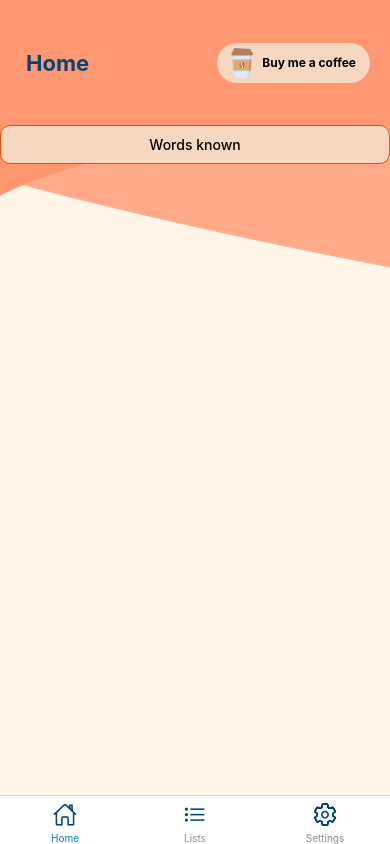
Repository: David-Waite/SpellingApp
Screen: /
The author's editor kept a copy of each file at every save. The screen is drawn from the files as they stood at one save, then again after a run of saves.
The app was drawn by React Native's web renderer in a window 390 px wide. The project was rebuilt for these pictures with package versions that can differ from the ones it lists, and the page was loaded fresh each time. Also part of the build but not shown: screens/Settings.js, screens/SpellWord.js, screens/WordsLearnt.js, screens/WordListOverview.js, screens/WordLists.js, screens/Donate.js.

Above is the screen before, as saved 2023-06-22 22:09:16.

### App.js
import { NavigationContainer } from "@react-navigation/native";
import { StatusBar } from "expo-status-bar";
import { StyleSheet } from "react-native";
import { Ionicons } from "@expo/vector-icons";

import Home from "./screens/Home";
import Settings from "./screens/Settings";
import SpellWord from "./screens/SpellWord";
import WordsLearnt from "./screens/WordsLearnt";
import WordListOverview from "./screens/WordListOverview";
import WordLists from "./screens/WordLists";
import Donate from "./screens/Donate";

import { createStackNavigator } from "@react-navigation/stack";
import { createBottomTabNavigator } from "@react-navigation/bottom-tabs";
import { GlobalStyles } from "./constants/styles";

import CoffeeBtn from "./components/ui/CoffeeBtn";

const BottomTabs = createBottomTabNavigator();
const Stack = createStackNavigator();

function BottomTabsScreens() {
  return (
    <BottomTabs.Navigator>
      <BottomTabs.Screen
        name="Home"
        component={Home}
        headerShadowVisible={false}
        options={({ navigation }) => ({
          headerRight: () => (
            <CoffeeBtn
              onPress={() => {
                navigation.navigate("Donate");
              }}
            />
          ),
          title: "Home",
          tabBarLabel: "Home",
          headerTitleAlign: "left",
          headerShadowVisible: false,
          headerTitleStyle: {
            color: GlobalStyles.colors.accent500,
            fontSize: 22,
            marginLeft: 10,
            fontWeight: 700,
          },
          headerStyle: {
            backgroundColor: GlobalStyles.colors.primary400,
            height: 125,
          },

          tabBarIcon: ({ color, size }) => (
            <Ionicons
              name="home-outline"
              size={size}
              color={GlobalStyles.colors.accent500}
            />
          ),
        })}
      />
      <BottomTabs.Screen
        name="WordLists"
        component={WordLists}
        options={{
          title: "Word Lists",
          tabBarLabel: "Lists",
          tabBarIcon: ({ color, size }) => (
            <Ionicons
              name="list-outline"
              size={size}
              color={GlobalStyles.colors.accent500}
            />
          ),
        }}
      />
      <BottomTabs.Screen
        name="Settings"
        component={Settings}
        options={{
          title: "Settings",
          tabBarLabel: "Settings",
          tabBarIcon: ({ color, size }) => (
            <Ionicons
              name="settings-outline"
              size={size}
              color={GlobalStyles.colors.accent500}
            />
          ),
        }}
      />
    </BottomTabs.Navigator>
  );
}
export default function App() {
  return (
    <>
      <StatusBar style="light" />
      <NavigationContainer>
        <Stack.Navigator>
          <Stack.Screen
            name="BottomTabsScreen"
            component={BottomTabsScreens}
            options={{ headerShown: false }}
          />
          <Stack.Screen
            name="WordsLearnt"
            component={WordsLearnt}
            options={{ presentation: "modal" }}
          />
          <Stack.Screen name="WordListOverview" component={WordListOverview} />
          <Stack.Screen
            name="SpellWord"
            component={SpellWord}
            options={{ presentation: "modal" }}
          />
          <Stack.Screen
            name="Donate"
            component={Donate}
            options={{ presentation: "modal" }}
          />
        </Stack.Navigator>
      </NavigationContainer>
    </>
  );
}

const styles = StyleSheet.create({
  container: {
    flex: 1,
    backgroundColor: "#fff",
    alignItems: "center",
    justifyContent: "center",
  },
});

### screens/Home.js
import { ImageBackground, Text, View } from "react-native";
import { Dimensions } from "react-native";

import { StyleSheet } from "react-native";
import { GlobalStyles } from "../constants/styles";

import WordsLearntCard from "../components/ui/WordsLearntCard";

const windowWidth = Dimensions.get("window").width;
const windowHeight = Dimensions.get("window").height;

function Home({ navigation }) {
  return (
    <View style={styles.container}>
      <ImageBackground
        style={styles.ImageBackground}
        source={require("../images/SpellingAppHeaderBackground.png")}
      >
        <WordsLearntCard navigation={navigation} />
      </ImageBackground>
    </View>
  );
}

export default Home;

const styles = StyleSheet.create({
  container: {
    flex: 1,
    backgroundColor: GlobalStyles.colors.background,
  },
  ImageBackground: {
    resizeMode: "contain",
    width: windowWidth,
    flex: 1,
  },
});

### constants/styles.js
export const GlobalStyles = {
  colors: {
    background: "#FFF6E9",
    primary50: "#FFF0E5",
    primary100: "#F6D7BF",
    primary100Dark: "#c7ad99",
    primary300: "#FFA989",
    primary400: "#FF9872",
    primary500: "#FF946E",
    primary800: "#FF4400",
    accent500: "#00467B",
    success500: "#0A8900",
    error500: "#FF0000",
  },
};

### components/ui/CoffeeBtn.js
import { Image } from "react-native";
import { StyleSheet } from "react-native";
import { Pressable } from "react-native";
import { View, Text } from "react-native";
import { GlobalStyles } from "../../constants/styles";

function CoffeeBtn({ onPress }) {
  return (
    <Pressable
      onPress={onPress}
      style={({ pressed }) => [styles.conatiner, pressed && styles.pressed]}
    >
      <View style={styles.layoutConatiner}>
        <Image
          style={styles.coffee}
          source={require("../../images/coffee-cup.png")}
        />
        <Text style={styles.text}>Buy me a coffee</Text>
      </View>
    </Pressable>
  );
}

export default CoffeeBtn;

const styles = StyleSheet.create({
  conatiner: {
    backgroundColor: GlobalStyles.colors.primary100,
    borderRadius: 20,

    paddingLeft: 10,
    paddingRight: 14,
    paddingVertical: 5,

    marginRight: 20,
  },
  layoutConatiner: {
    flexDirection: "row",
    alignItems: "center",
    gap: 5,
  },
  text: {
    fontSize: 12,
    fontWeight: 700,
  },
  coffee: {
    width: 30,
    height: 30,
  },
  pressed: {
    backgroundColor: GlobalStyles.colors.primary100Dark,
    borderRadius: 20,
  },
});

### components/ui/WordsLearntCard.js
import { Text, StyleSheet } from "react-native";

import { GlobalStyles } from "../../constants/styles";
import { Pressable } from "react-native";
import { View } from "react-native";

function WordsLearntCard({ navigation }) {
  return (
    <Pressable onPress={() => navigation.navigate("WordsLearnt")}>
      <View style={styles.container}>
        <Text style={styles.WordsKnownText}>Words known</Text>
      </View>
    </Pressable>
  );
}

export default WordsLearntCard;

const styles = StyleSheet.create({
  container: {
    backgroundColor: GlobalStyles.colors.primary100,
    paddingHorizontal: 10,
    paddingVertical: 10,
    borderRadius: 10,
    borderColor: GlobalStyles.colors.primary800,
    borderWidth: 1,
  },
  WordsKnownText: {
    textAlign: "center",
    fontWeight: "500",
  },
  pressed: {
    opacity: 0.75,
  },
});

After the next 2 saves:
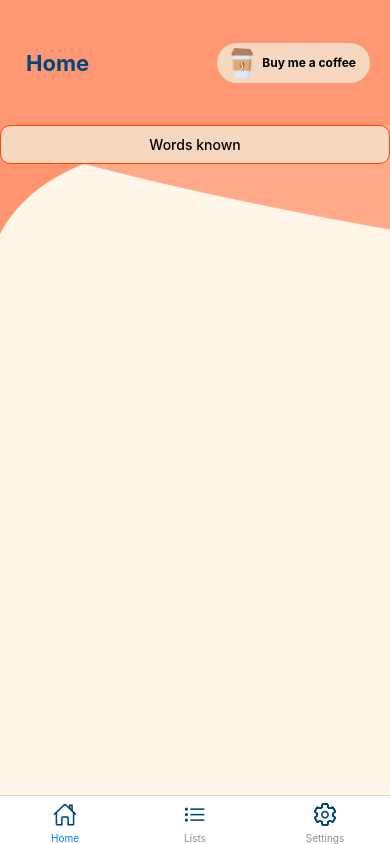
The 2 saves are shown as one change because 1 did not build or start.
The last was saved 86 s later.
--- a/screens/Home.js
+++ b/screens/Home.js
@@ -8,6 +8,7 @@ import WordsLearntCard from "../components/ui/WordsLearntCard";
 
 const windowWidth = Dimensions.get("window").width;
 const windowHeight = Dimensions.get("window").height;
+const imageHeight = windowWidth / 3.5;
 
 function Home({ navigation }) {
   return (
@@ -32,6 +33,6 @@ const styles = StyleSheet.create({
   ImageBackground: {
     resizeMode: "contain",
     width: windowWidth,
-    flex: 1,
+    height: imageHeight,
   },
 });
